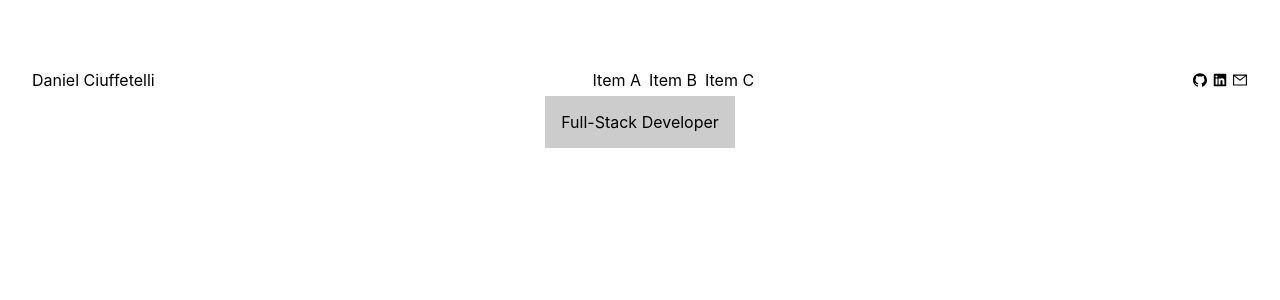
Repository: ciuffetelli/portfolio
Page: /
These files come from the project's save history. The page is drawn as it stood at one moment and after the next save; the edit follows.
The browser window is 1280 px wide. The pictures show the whole page.
The project was rebuilt for these pictures with package versions that can differ from the ones it lists, and the page was loaded fresh each time. The framework's server and built-in components were replaced by stand-ins that run in the browser. Also part of the build but not shown: next.config.js.

Above is the page before, as saved 2022-12-04 14:48:21.

### pages/_document.tsx
import { Html, Head, Main, NextScript } from 'next/document'

export default function Document() {
    return (
        <Html lang="en">
            <Head>
                <title>Daniel Ciuffetelli - Front-end Engineer</title>
                <meta name="description" content="Daniel Ciuffetelli's personal portfolio, front-end engineer. Page developed in Next.js" />
                <link rel="icon" href="/img/logo.svg" />
            </Head>
                <body className='bg-white text-slate-900 dark:bg-slate-900 dark:text-white ease-in-out duration-300'>
                    <Main />
                    <NextScript />
                </body>
        </Html>
    )
}

### pages/index.tsx
import Head from 'next/head'
import Image from 'next/image'
import styles from '../styles/Home.module.css'
import styled from 'styled-components'

import { Nav } from '../Components/Nav'
import { Hero } from '../Components/Hero'

export default function Home() {
  return (
    <Container>

        <Head>
          <title>Daniel Ciuffetelli - Developer Engineer</title>
          <meta name="description" content="Generated by create next app" />
          <link rel="icon" href="/favicon.ico" />
        </Head>

        <Main>
          <Nav />

          <Hero />
        </Main>

    </Container>
    // <div className={styles.container}>


    //   <main className={styles.main}>
    //     <Nav />

    //     <Hero />
    //     {/* <h1 className={styles.title}>
    //       Welcome to <a href="https://nextjs.org">Next.js!</a>
    //     </h1>

    //     <p className={styles.description}>
    //       Get started by editing{' '}
    //       <code className={styles.code}>pages/index.tsx</code>
    //     </p>

    //     <div className={styles.grid}>
    //       <a href="https://nextjs.org/docs" className={styles.card}>
    //         <h2>Documentation &rarr;</h2>
    //         <p>Find in-depth information about Next.js features and API.</p>
    //       </a>

    //       <a href="https://nextjs.org/learn" className={styles.card}>
    //         <h2>Learn &rarr;</h2>
    //         <p>Learn about Next.js in an interactive course with quizzes!</p>
    //       </a>

    //       <a
    //         href="https://github.com/vercel/next.js/tree/canary/examples"
    //         className={styles.card}
    //       >
    //         <h2>Examples &rarr;</h2>
    //         <p>Discover and deploy boilerplate example Next.js projects.</p>
    //       </a>

    //       <a
    //         href="https://vercel.com/new?utm_source=create-next-app&utm_medium=default-template&utm_campaign=create-next-app"
    //         target="_blank"
    //         rel="noopener noreferrer"
    //         className={styles.card}
    //       >
    //         <h2>Deploy &rarr;</h2>
    //         <p>
    //           Instantly deploy your Next.js site to a public URL with Vercel.
    //         </p>
    //       </a>
    //     </div> */}
    //   </main>

    //   <footer className={styles.footer}>
    //     <a
    //       href="https://vercel.com?utm_source=create-next-app&utm_medium=default-template&utm_campaign=create-next-app"
    //       target="_blank"
    //       rel="noopener noreferrer"
    //     >
    //       Powered by{' '}
    //       <span className={styles.logo}>
    //         <Image src="/vercel.svg" alt="Vercel Logo" width={72} height={16} />
    //       </span>
    //     </a>
    //   </footer>
    //   <a href='https://elements.envato.com/ds-developer-portfolio-psd-template-9FZDH4D'>Reference</a>
    // </div>
  )
}

const Container = styled.div`
  padding: 0 2rem;
`

const Main = styled.main`
  min-height: 100vh;
  padding: 4rem 0;
  flex: 1;
  display: flex;
  flex-direction: column;
  justify-content: center;
  align-items: center;
`

### Components/Nav.tsx
import styled from 'styled-components'

import { AiFillGithub, AiFillLinkedin, AiOutlineMail } from 'react-icons/ai'

export function Nav() {

    return (
        <Container>
            <Name>Daniel Ciuffetelli</Name>
            <Items>
                <MenuItem>Item A</MenuItem>
                <MenuItem>Item B</MenuItem>
                <MenuItem>Item C</MenuItem>
            </Items>
            <Icons>
                <Social>
                    <AiFillGithub />
                    <AiFillLinkedin />
                </Social>
                <AiOutlineMail />
            </Icons>
        </Container>
    )
}

const Container = styled.div`
    display: inline-flex;
    width: 100%;
    height: 2rem;
    justify-content: space-around;
    align-items: center;
`

const Name = styled.div`
    display: none;

    @media (min-width: 500px) {
        display: flex;
    }
`

const Items = styled.div`
    display: inline-flex;
    flex: 1;
    gap: 0.5rem;
    justify-content: center;
`

const MenuItem = styled.div``

const Icons = styled.div`
    display: inline-flex;
    gap: 0.25rem;
`
const Social = styled.div`
    display: none;
    gap: 0.25rem;

    @media (min-width: 500px) {
        display: inline-flex;
    }
`

### Components/Hero.tsx
import styled from 'styled-components'

export function Hero() {
    return (
        <Container>
            <LeftSide>
                <Title>Full-Stack Developer</Title>
            </LeftSide>
            <RightSide>

            </RightSide>
        </Container>
    )
}

const Container = styled.div`
    display: inline-flex;
    margin-bottom: auto;
`

const LeftSide = styled.div``

const Title = styled.div`
    padding: 1rem;
    background-color: #ccc;
`

const RightSide = styled.div``

Loaded but not shown: pages/_app.tsx (common file); styles/globals.css (common file)

After the next save:
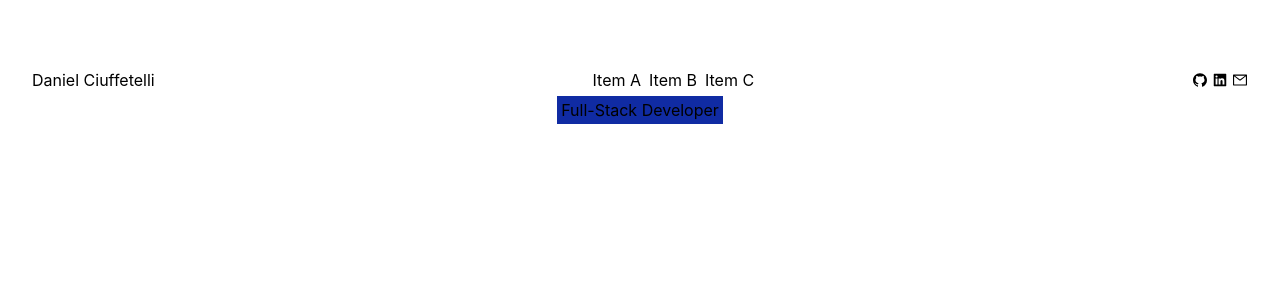
Saved 28 s later.
--- a/Components/Hero.tsx
+++ b/Components/Hero.tsx
@@ -21,8 +21,8 @@
 const LeftSide = styled.div``
 
 const Title = styled.div`
-    padding: 1rem;
-    background-color: #ccc;
+    padding: 0.25rem;
+    background-color: #102ba3;
 `
 
 const RightSide = styled.div``
